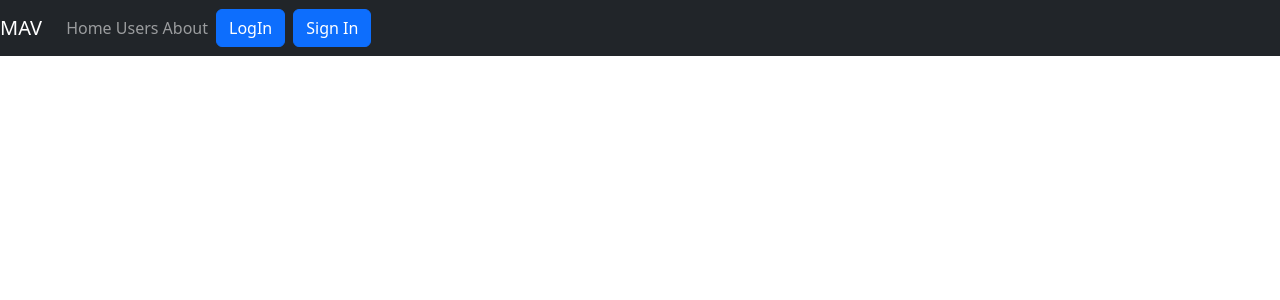
Repository: Dekabrist94/Bootstrap-First-Page
Page: /
The author's editor kept a copy of each file at every save. The page is drawn from the files as they stood at one save, then again after the next save.
The browser window is 1280 px wide. The pictures show the whole page.
The project was rebuilt for these pictures with package versions that can differ from the ones it lists, and the page was loaded fresh each time.

Above is the page before, as saved 2023-04-07 23:48:18.

### src/App.js
import React from 'react';
import { Navibar } from './components/Navibar';
import 'bootstrap/dist/css/bootstrap.min.css';

function App() {
  return <Navibar />;
}

export default App;

### src/components/Navibar.js
import React from 'react';
import { Nav, Navbar, Button, Link } from 'react-bootstrap';

export const Navibar = () => {
  return (
    <>
      <Navbar collapseOnSelect expand="lg" bg="dark" variant="dark">
        <Navbar.Brand>MAV</Navbar.Brand> {/*LOGO */}
        <Navbar.Toggle aria-controls="responsive-navbar-nav" /> {/* Svernut Menu */}
        <Navbar.Collapse id="responsive-navbar-nav">
          {/*Razvernut Menu */}
          <Nav className="mr-auto">
            <Nav.Link>Home Users About</Nav.Link>
          </Nav>
          <Nav>
            <Button variant="primary" className="me-2">
              LogIn
            </Button>
            <Button variant="primary">Sign In</Button>
          </Nav>
        </Navbar.Collapse>
      </Navbar>
    </>
  );
};

Loaded but not shown: public/index.html (common file); src/index.js (common file); src/index.css (common file); src/reportWebVitals.js (common file)

After the next save:
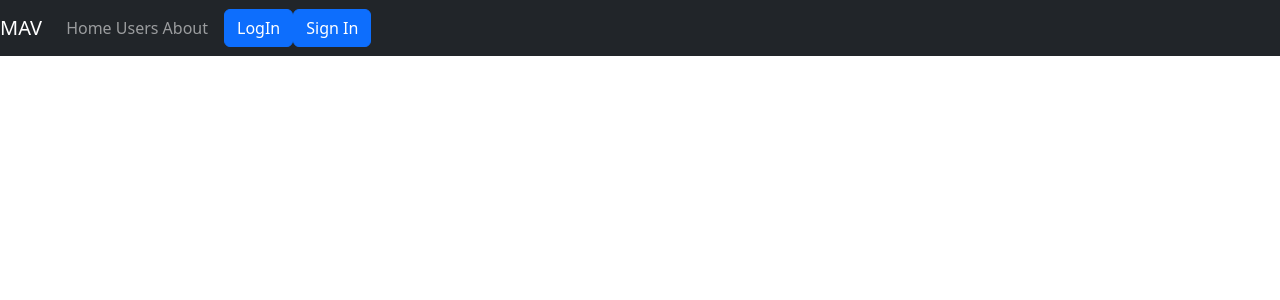
Saved 118 s later.
--- a/src/components/Navibar.js
+++ b/src/components/Navibar.js
@@ -13,7 +13,7 @@ export const Navibar = () => {
             <Nav.Link>Home Users About</Nav.Link>
           </Nav>
           <Nav>
-            <Button variant="primary" className="me-2">
+            <Button variant="primary" className="ms-2">
               LogIn
             </Button>
             <Button variant="primary">Sign In</Button>
